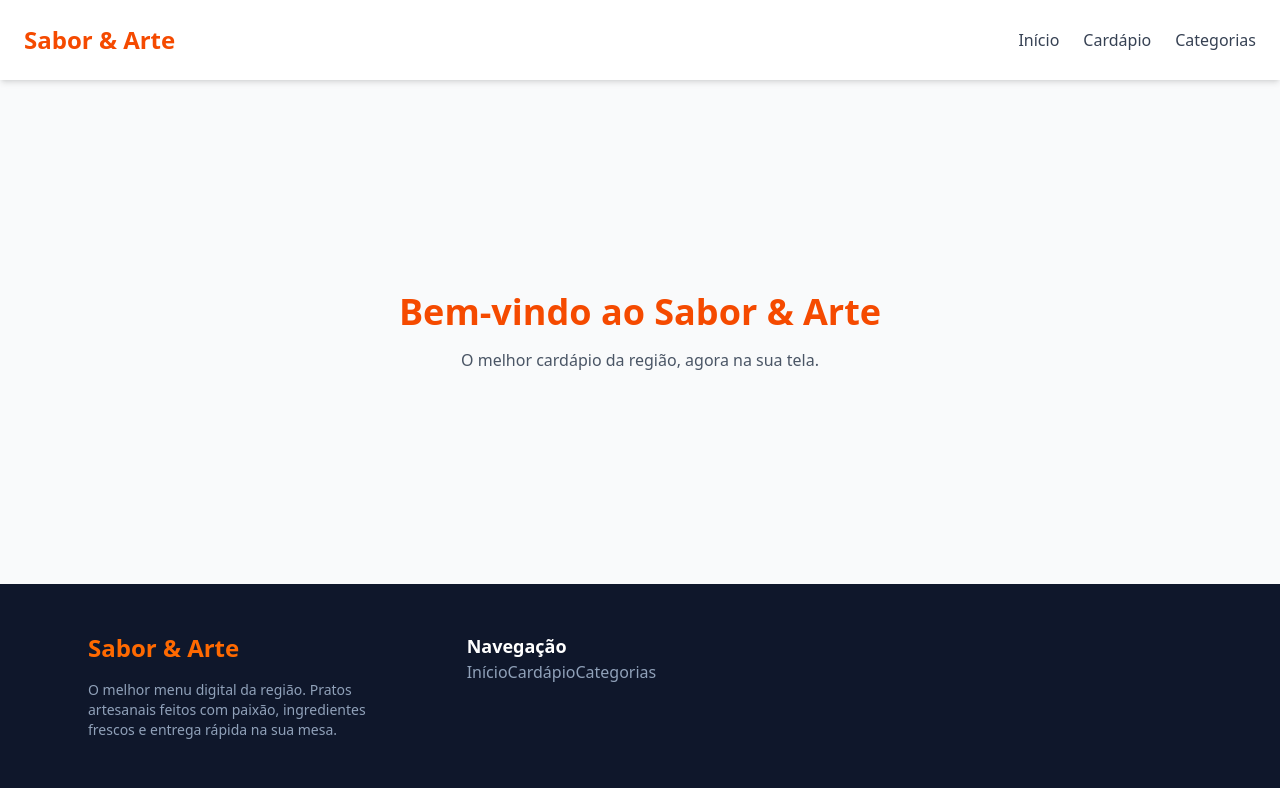
Repository: LuigiBLombardo/Next---Atividade
Page: / (app in sistema-cardapio/)
An editor plug-in stored every save of this project. The page is shown before and after the next save, followed by the edit.
The browser window is 1280 px wide. The pictures show the whole page.
The project was rebuilt for these pictures with package versions that can differ from the ones it lists, and the page was loaded fresh each time. The framework's server and built-in components were replaced by stand-ins that run in the browser. Also part of the build but not shown: sistema-cardapio/next.config.mjs.

Above is the page before, as saved 2026-09-04 19:27:53.

### sistema-cardapio/src/app/layout.js
import { Inter, Montserrat } from "next/font/google";
import "./globals.css";
import Navbar from "@/components/Navbar";
import Footer from "@/components/Footer";

const inter = Inter({ subsets: ["latin"], variable: "--font-inter" });

const montserrat = Montserrat({ subsets: ["latin"], variable: "--font-montserrat" });

export default function RootLayout({ children }) {
    return (
        <html lang="pt-br" className={`${inter.variable} ${montserrat.variable}`}>
            <body className="font-sans bg-gray-50 antialiased">
                <Navbar />
                {children}
                <Footer/>
            </body>
        </html>
);
}

### sistema-cardapio/src/app/page.js
import Image from "next/image";

export default function Home() {
  return (
    <main className="flex flex-col items-center justify-center min-h-[70vh]">
        <h1 className="text-4xl font-bold text-orange-600">Bem-vindo ao Sabor & Arte</h1>
        <p className="mt-4 text-gray-600">O melhor cardápio da região, agora na sua tela.</p>
    </main>
  );
}

### sistema-cardapio/src/components/Navbar.js
import Link from 'next/link';

export default function Navbar() {
    return (
        <nav className="flex items-center justify-between p-6 bg-white shadow-md">
            <h2 className="text-2xl font-bold text-orange-600">Sabor & Arte</h2>
            <div className="flex gap-6">
                <Link href="/" className="text-gray-700 hover:text-orange-600 font-medium">Início</Link>
                <Link href="/cardapio" className="text-gray-700 hover:text-orange-600 font-medium">Cardápio</Link>
                <Link href="/categorias" className="text-gray-700 hover:text-orange-600
font-medium">Categorias</Link>
            </div>
        </nav>
);
}

### sistema-cardapio/src/components/Footer.js
import Link from "next/link";

export default function Footer(){
    return (
        <footer className="w-full bg-slate-900 text-slate-400 pt-12">

            <div className="max-w-6xl mx-auto px-6 pb-12 grid grid-cols-1 md:grid-cols-3 gap-8">

                <div>
                    <h2 className="text-2xl font-bold text-orange-500 mb-4">
                        Sabor & Arte
                    </h2>
                    <p className="text-sm max-w-xs text-slate-400">
                        O melhor menu digital da região. Pratos artesanais feitos com
                        paixão, ingredientes frescos e entrega rápida na sua mesa.
                    </p>
                </div>

                <div>

                    <h3 className="text-lg font-bold text-white">
                        Navegação
                    </h3>
                    <div>
                        <Link href="/" className="">Início</Link>
                        <Link href="/cardapio" className="">Cardápio</Link>
                        <Link href="/categorias" className="">Categorias</Link>
                    </div>

                </div>

                <div>

                </div>
            </div>

        </footer>
    )
}

Loaded but not shown: sistema-cardapio/src/app/globals.css (common file)

After the next save:
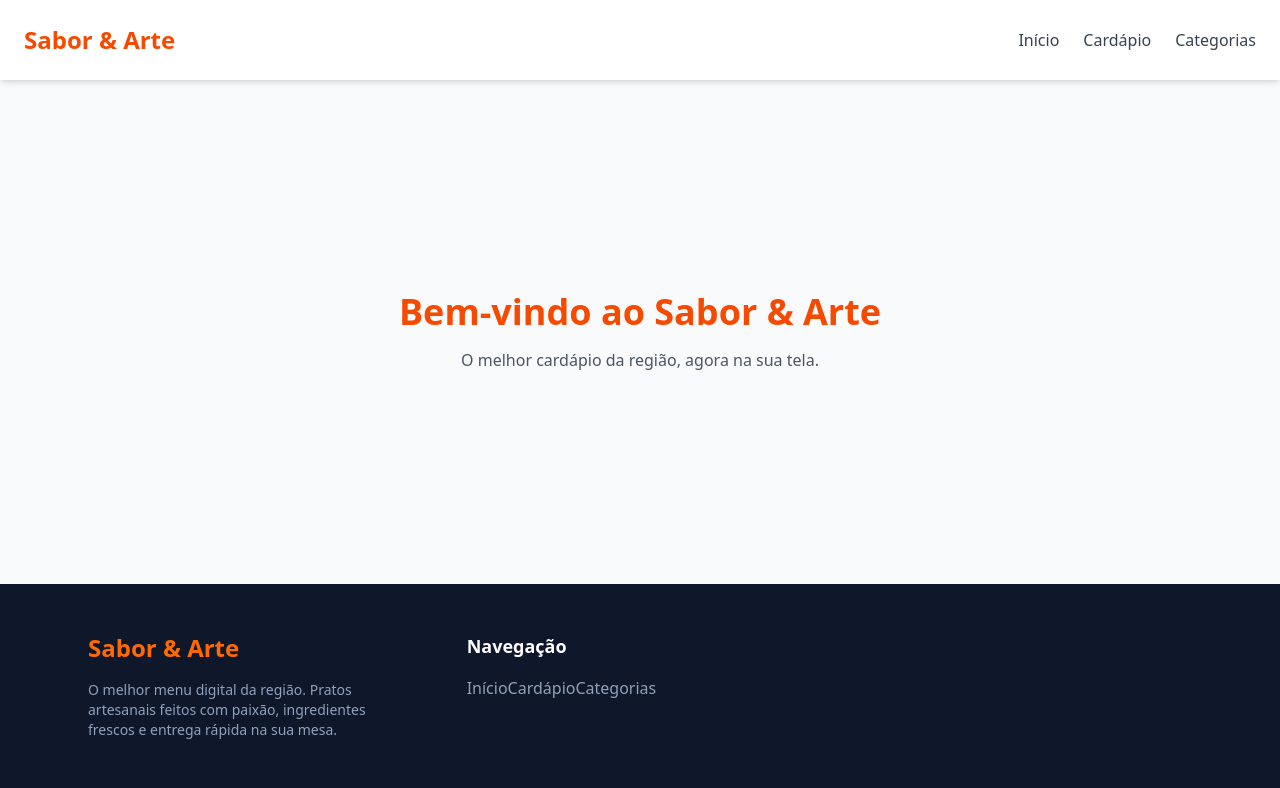
Saved 4 s later.
--- a/sistema-cardapio/src/components/Footer.js
+++ b/sistema-cardapio/src/components/Footer.js
@@ -18,7 +18,7 @@ export default function Footer(){
 
                 <div>
 
-                    <h3 className="text-lg font-bold text-white">
+                    <h3 className="text-lg font-bold text-white mb-4">
                         Navegação
                     </h3>
                     <div>
